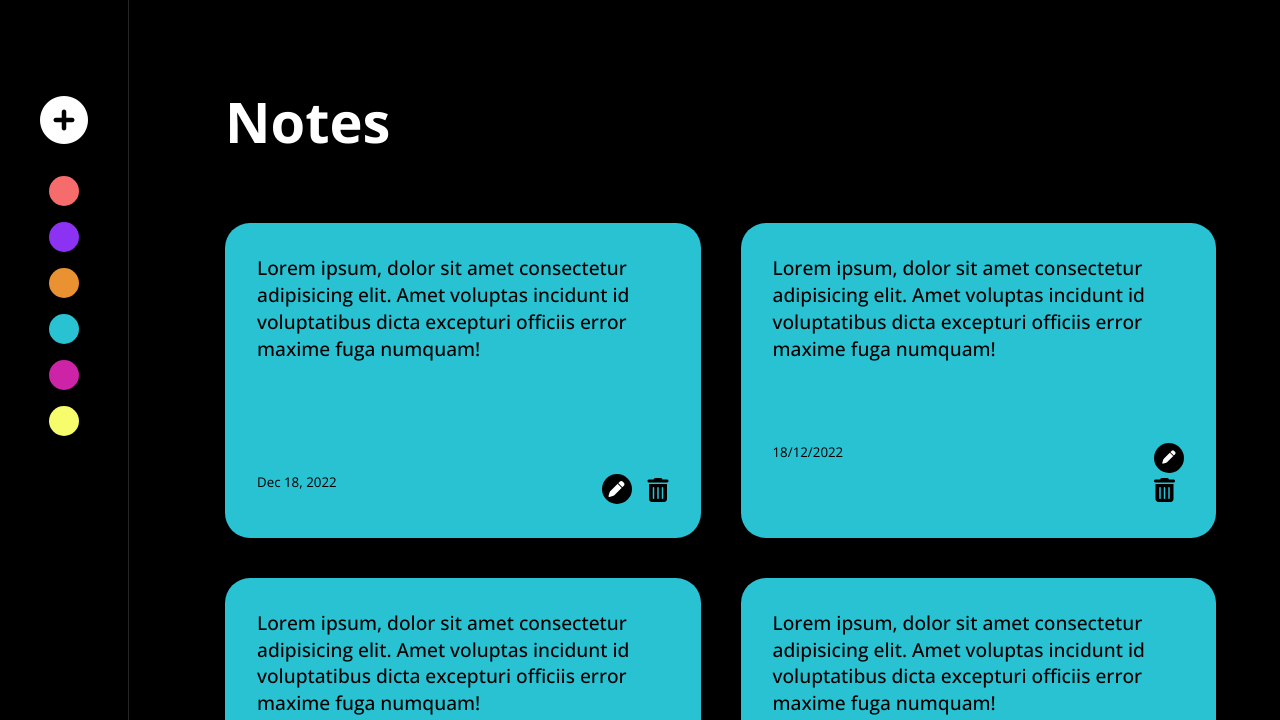
Repository: emiliaiwu/notes_app
Page: index.html
These files come from the project's save history. The page is drawn as it stood at one moment and after a run of saves; the edit follows.
The browser window is 1280 px wide. The pictures show the whole page.
An inner scrolling area shows only its first screen. Some web libraries are served in a nearby version.

Above is the page before, as saved 2022-12-19 23:49:16.

### index.html
<!DOCTYPE html>
<html lang="en">
<head>
    <meta charset="UTF-8">
    <meta http-equiv="X-UA-Compatible" content="IE=edge">
    <meta name="viewport" content="width=device-width, initial-scale=1.0">
    <script src="https://kit.fontawesome.com/fd9c36575f.js" crossorigin="anonymous"></script>
    <link rel="stylesheet" href="style.css">
    <title>Notes App</title>
</head>
<body>
    <div class="container">
        <div class="add">
            <div class="add_card"><i class="fa-solid fa-circle-plus"></i></div>
            <ul class="card_colors">
                <li class="card_color c1"></li>
                <li class="card_color c2"></li>
                <li class="card_color c3"></li>
                <li class="card_color c4"></li>
                <li class="card_color c5"></li>
                <li class="card_color c6"></li>
            </ul>
        </div>
        <div class="cards_container">
            <h1>Notes</h1>
            <div class="cards">

                <div class="card">
                    <p class="text">
                        Lorem ipsum, dolor sit amet consectetur adipisicing elit. Amet voluptas incidunt id voluptatibus dicta excepturi officiis error maxime fuga numquam!
                    </p>
                    <div class="footer close">
                        <small class="date">Dec 18, 2022</small>
                        <div class="edit_delete">
                           <div class="edit"><i class="fa-solid fa-pen"></i></div>
                           <div class="delete"><i class="fa-solid fa-trash-can"></i></div>
                        </div>
                    </div>
                    <div class="footer open">
                        <ul class="edit_settings">
                            <li class="bold"><i class="fa-solid fa-bold"></i></li>
                            <li class="italic"><i class="fa-solid fa-italic"></i></li>
                            <li class="underline"><i class="fa-solid fa-underline"></i></li>
                            <li class="strikethrough"><i class="fa-solid fa-strikethrough"></i></li>
                            <li class="toggleBtn"><i class="fa-solid fa-list-ul"></i></li>
                            <li class="add_image"><i class="fa-solid fa-image"></i></li>
                        </ul>
                    </div>
                </div>

                <div class="card">
                    <span class="text">
                        Lorem ipsum, dolor sit amet consectetur adipisicing elit. Amet voluptas incidunt id voluptatibus dicta excepturi officiis error maxime fuga numquam!
                    </span>
                    <span class="footer close">
                        <small class="date">18/12/2022</small>
                        <span>
                           <small class="edit"><i class="fa-solid fa-pen"></i></small>
                           <small class="delete"><i class="fa-solid fa-trash-can"></i></small>
                        </span>
                    </span>
                    <span class="footer open">
                        <ul class="edit_settings">
                            <li class="bold"><i class="fa-solid fa-bold"></i></li>
                            <li class="italic"><i class="fa-solid fa-italic"></i></li>
                            <li class="underline"><i class="fa-solid fa-underline"></i></li>
                            <li class="strikethrough"><i class="fa-solid fa-strikethrough"></i></li>
                            <li class="toggleBtn"><i class="fa-solid fa-list-ul"></i></li>
                            <li class="add_image"><i class="fa-solid fa-image"></i></li>
                        </ul>
                    </span>
                </div>

                <div class="card">
                    <span class="text">
                        Lorem ipsum, dolor sit amet consectetur adipisicing elit. Amet voluptas incidunt id voluptatibus dicta excepturi officiis error maxime fuga numquam!
                    </span>
                    <span class="footer close">
                        <small class="date">18/12/2022</small>
                        <span>
                           <small class="edit"><i class="fa-solid fa-pen"></i></small>
                           <small class="delete"><i class="fa-solid fa-trash-can"></i></small>
                        </span>
                    </span>
                    <span class="footer open">
                        <ul class="edit_settings">
                            <li class="bold"><i class="fa-solid fa-bold"></i></li>
                            <li class="italic"><i class="fa-solid fa-italic"></i></li>
                            <li class="underline"><i class="fa-solid fa-underline"></i></li>
                            <li class="strikethrough"><i class="fa-solid fa-strikethrough"></i></li>
                            <li class="toggleBtn"><i class="fa-solid fa-list-ul"></i></li>
                            <li class="add_image"><i class="fa-solid fa-image"></i></li>
                        </ul>
                    </span>
                </div>

                <div class="card">
                    <span class="text">
                        Lorem ipsum, dolor sit amet consectetur adipisicing elit. Amet voluptas incidunt id voluptatibus dicta excepturi officiis error maxime fuga numquam!
                    </span>
                    <span class="footer close">
                        <small class="date">18/12/2022</small>
                        <span>
                           <small class="edit"><i class="fa-solid fa-pen"></i></small>
                           <small class="delete"><i class="fa-solid fa-trash-can"></i></small>
                        </span>
                    </span>
                    <span class="footer open">
                        <ul class="edit_settings">
                            <li class="bold"><i class="fa-solid fa-bold"></i></li>
                            <li class="italic"><i class="fa-solid fa-italic"></i></li>
                            <li class="underline"><i class="fa-solid fa-underline"></i></li>
                            <li class="strikethrough"><i class="fa-solid fa-strikethrough"></i></li>
                            <li class="toggleBtn"><i class="fa-solid fa-list-ul"></i></li>
                            <li class="add_image"><i class="fa-solid fa-image"></i></li>
                        </ul>
                    </span>
                </div>


            </div>
        </div>




    </div>

</body>
</html>

### style.css
@import url('https://fonts.googleapis.com/css2?family=Open+Sans:wght@300;400;500;700&display=swap');


* {
    margin: 0;
    padding: 0;
    box-sizing: border-box;
    list-style-type: none;

}

body {
    font-family: 'Open Sans', sans-serif;
    width: 100vw;
    height: 100vh;
    background-color: #000;
    color: #fff;

}

h1 {
    font-size: 3.5rem;
    margin-bottom: 4rem;
    color: #fff;
}

.container {
    display: flex;
    width: 100%;
    height: 100%;
    gap: 2rem;
}

.add {
    border-right: 1px solid rgba(255, 255, 255, 0.15);
    min-height: 100vh;
    display: flex;
    flex-direction: column;
    align-items: center;
    padding: 6rem 2.5rem;

}

.card_color {
    width: 30px;
    height: 30px;
    border-radius: 50%;
    margin-bottom: 1rem;

}

.fa-circle-plus {
    font-size: 3rem;
    margin-bottom: 2rem;
}

.c1 {
    background-color: #F66B6B;
}

.c2 {
    background-color: #8C33F3;
}

.c3 {
    background-color: #EA9231;
}

.c4 {
    background-color: #29C2D3;
}

.c5 {
    background-color: #CC23A7;
}

.c6 {
    background-color: #F7FC6C;
}






/* CARDS CONTAINER */

.cards_container {
    padding: 5.2rem 4rem;
    height: 100%;
    overflow-y: scroll;
    width: 100%;
    color: #000;
}

.cards {
    display: grid;
    grid-template-columns: repeat(auto-fit, minmax(19rem, 1fr));
    gap: 2.5rem;
}

.card {
    display: flex;
    flex-direction: column;
    justify-content: space-between;
    background-color: #29C2D3;
    padding: 2rem 2rem 1rem 2rem;
    border-radius: 25px;
}

.close,
.edit_settings {
    display: flex;
    justify-content: space-between;

}

.text {
    margin-bottom: 5rem;
    font-size: 1.2rem;
    font-weight: 500;
    line-height: 1.4;
}




.edit_delete,
.edit {
    display: flex;
    align-items: center;
}

.edit_delete {
    gap: 1rem;
    justify-content: space-between;
}

.edit {
    background-color: #000;
    width: 30px;
    height: 30px;
    border-radius: 50%;
    color: #fff;
    justify-content: center;
}

.delete {
    font-size: 1.5rem;
}

/* .fa-trash-can {
    margin-left: 1rem;
} */






.edit_settings {
    border-top: 1px solid rgba(0, 0, 0, 0.178);;
    width: 100%;
    padding: 1rem;
}

ul li i {
    font-size: 1.2rem;
}












/* OPEN AND CLOSE FUNCTIONALITY */

.open {
    display: none;

}

.close {
    padding-bottom: 1rem;
}

After the next 2 saves:
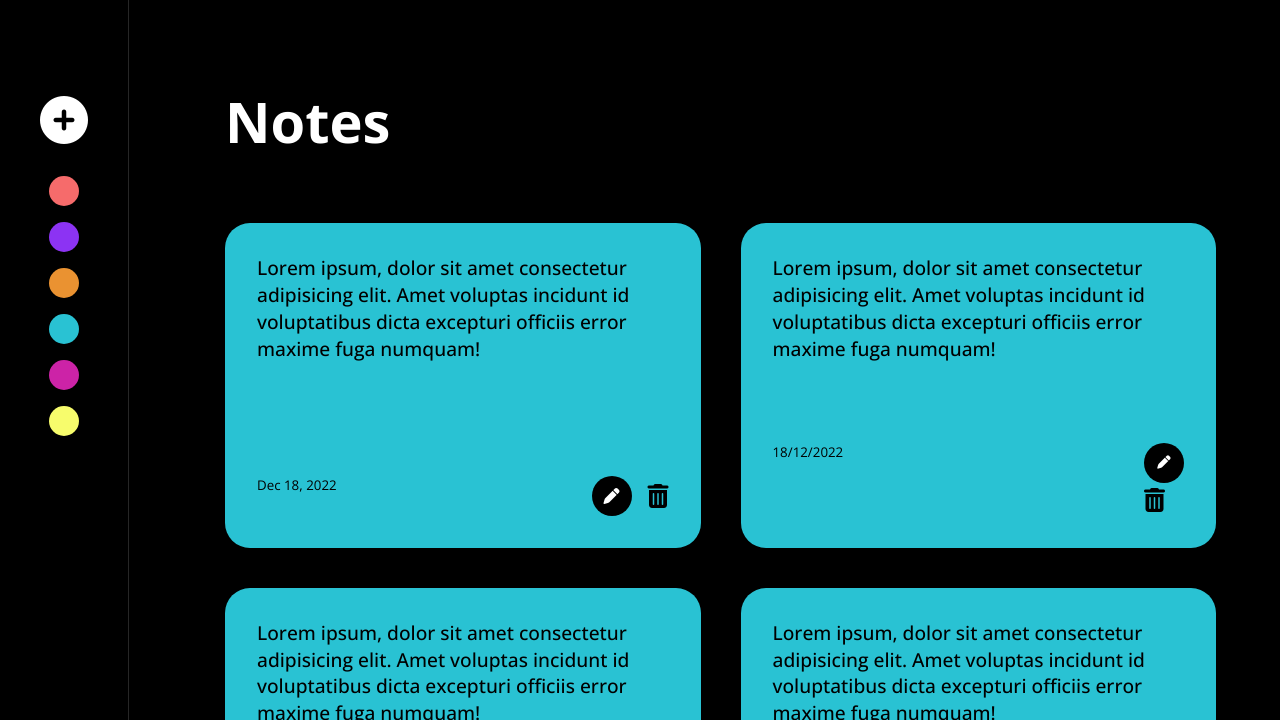
The 2 saves are shown as one change because they came seconds apart.
The last was saved 11 s later.
--- a/style.css
+++ b/style.css
@@ -138,8 +138,8 @@ h1 {
 
 .edit {
     background-color: #000;
-    width: 30px;
-    height: 30px;
+    width: 40px;
+    height: 40px;
     border-radius: 50%;
     color: #fff;
     justify-content: center;
